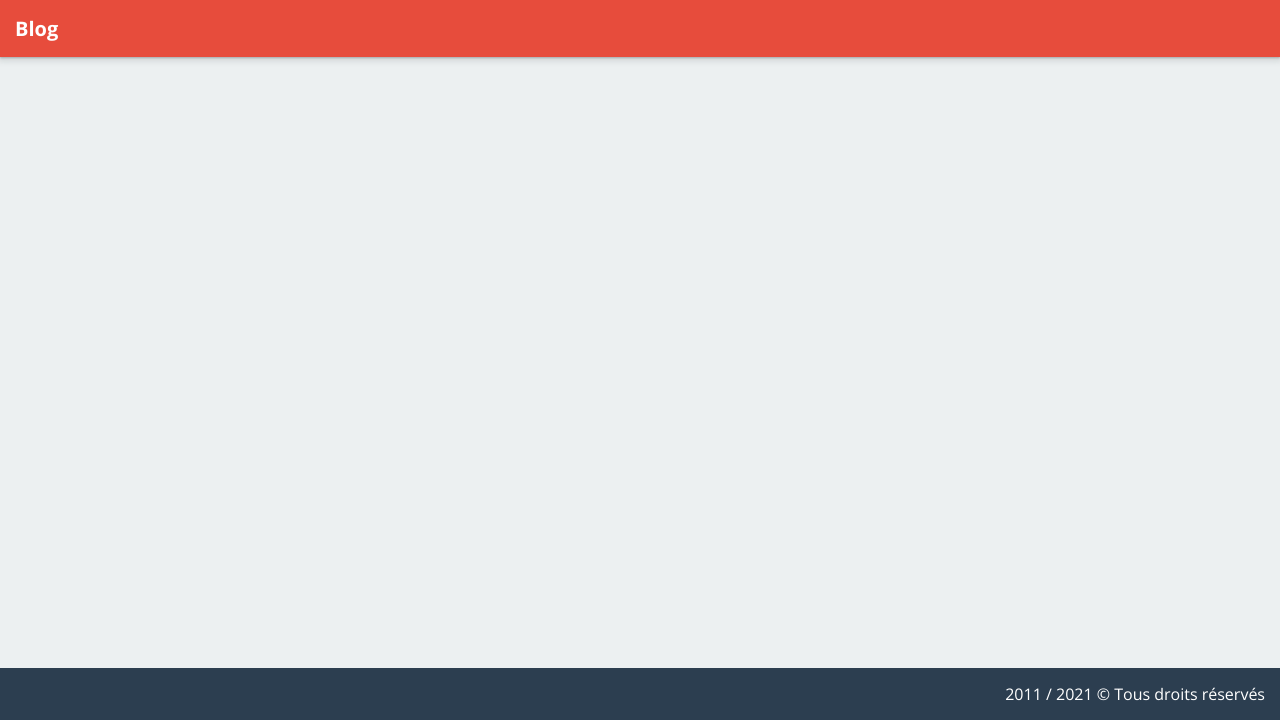
Repository: Yannis699/Projet_blog
Page: http://localhost/add-article.php
The author's editor kept a copy of each file at every save. The page is drawn from the files as they stood at one save, then again after a run of saves.
The browser window is 1280 px wide. The pictures show the whole page.
The page is run by PHP 8.4 with error messages shown; the project is at /var/www/html/.

Above is the page before, as saved 2022-05-19 21:08:03.

After the next 3 saves:
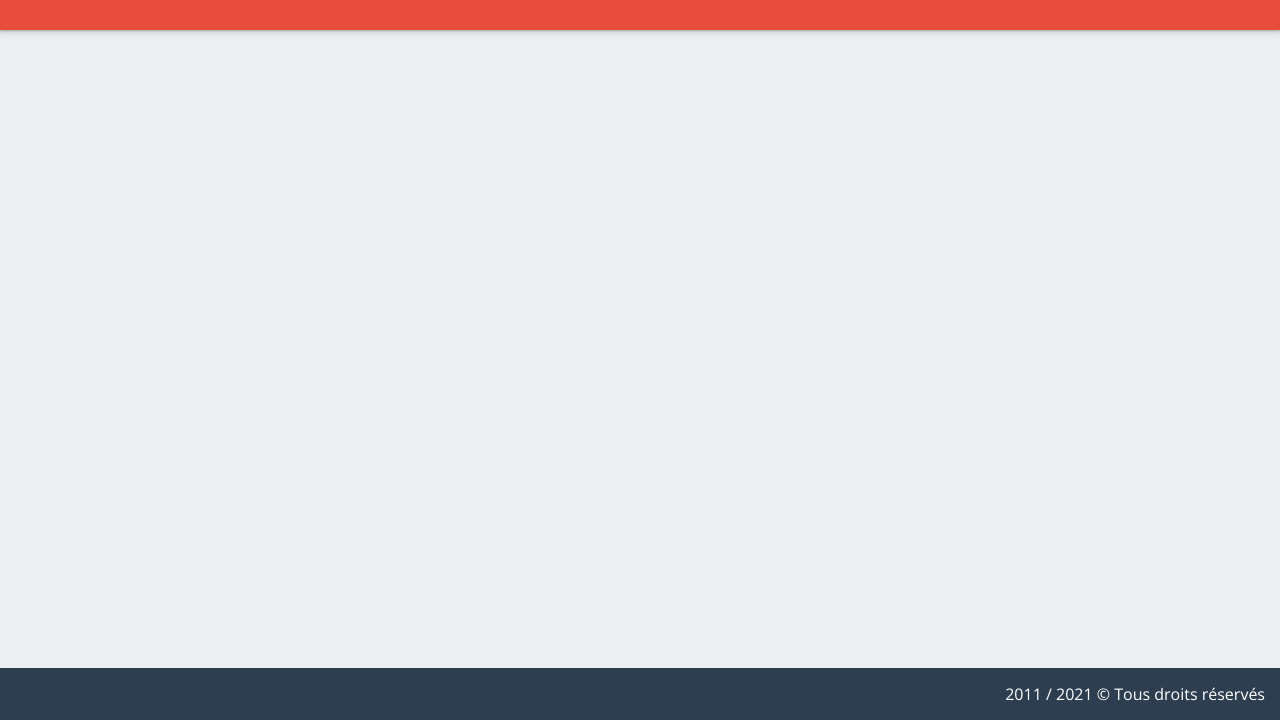
The 3 saves are shown as one change because they came seconds apart.
The last was saved 28 s later.
--- a/blog/includes/header.php
+++ b/blog/includes/header.php
@@ -1,3 +1,3 @@
 <header>
-    <div class="logo">Blog</div>
+   <a href="/"></a>
 </header>

After the 3 saves that followed:
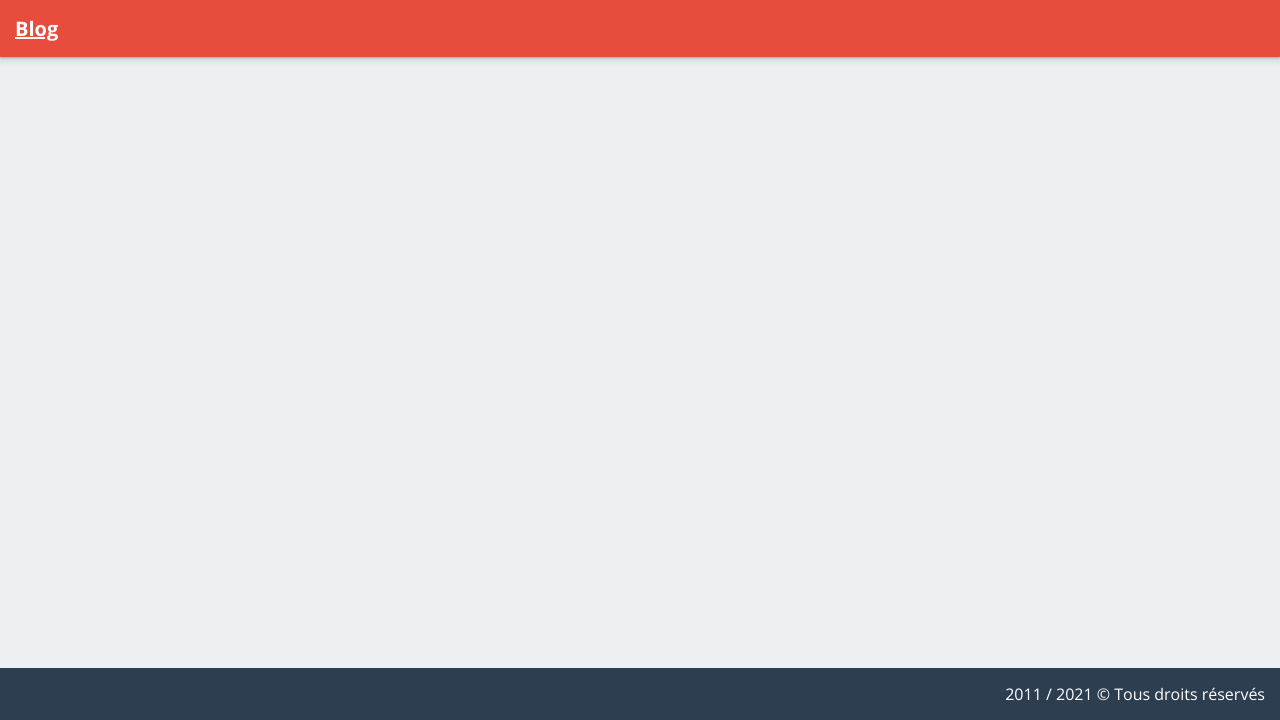
The 3 saves are shown as one change because they came seconds apart.
The last was saved 12 s later.
--- a/blog/includes/header.php
+++ b/blog/includes/header.php
@@ -1,3 +1,3 @@
 <header>
-   <a href="/"></a>
+   <a href="/" class="logo">Blog</a>
 </header>
